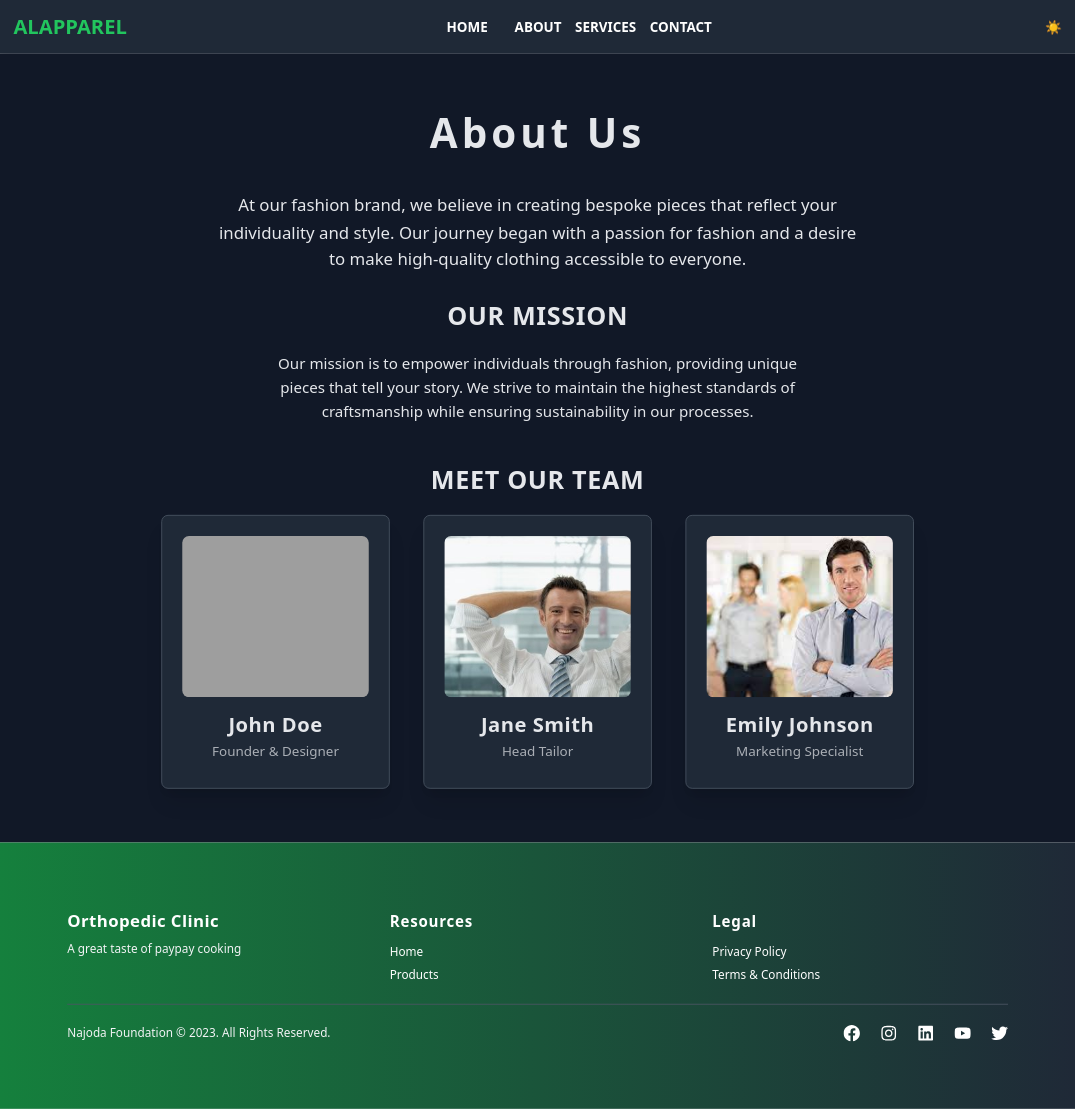
Repository: countaustin1990/file-C-Users-user-Documents-Final-20Cart
Page: /about (app in Documents/BXXXN/my-app/)
An editor plug-in stored every save of this project. The page is shown before and after the next save, followed by the edit.
The browser window is 1280 px wide. The pictures show the whole page, at 84% of full size.
Pictures or frames that could not be fetched are drawn as grey boxes. The project was rebuilt for these pictures with package versions that can differ from the ones it lists, and the page was loaded fresh each time. Also part of the build but not shown: Documents/BXXXN/my-app/vite.config.js, Documents/BXXXN/my-app/src/components/folder/HeroSection.test.jsx, Documents/BXXXN/my-app/src/components/horizontalscroll/style.css, Documents/BXXXN/my-app/src/components/horizontalscroll/HorizontalScroll.test.jsx, Documents/BXXXN/my-app/src/pages/home/Home.test.jsx, Documents/BXXXN/my-app/src/pages/contact/Contact.jsx, Documents/BXXXN/my-app/src/pages/services/Services.test.jsx.

Above is the page before, as saved 2024-11-01 09:56:43.

### Documents/BXXXN/my-app/src/App.jsx
import { BrowserRouter as Router, Routes, Route } from 'react-router-dom';
import Navbar from './components/navbar/Navbar';
import Home from './pages/home/Home.test';
import Footer from './components/footer/Footer.test';
import { useEffect, useState } from 'react';
import Contact from './pages/contact/Contact';
import About from './pages/about/About.test';
import Services from './pages/services/Services.test';

const App = () => {
  const [theme, setTheme] = useState('dark');

  // Toggle theme function
  const toggleTheme = () => {
    const newTheme = theme === 'light' ? 'dark' : 'light';
    setTheme(newTheme);
    localStorage.setItem('theme', newTheme);
  };

  useEffect(() => {
    const savedTheme = localStorage.getItem('theme');
    if (savedTheme) {
      setTheme(savedTheme);
    } else {
      setTheme('dark'); // Default to dark mode
    }
  }, []);

  return (
    <Router>
      <Navbar toggleTheme={toggleTheme} theme={theme} />
      <Routes>
        <Route path="/home" element={<Home theme={theme} />} /> {/* Pass theme prop to Home */}
        {/* Add more routes as needed */}
        <Route path="/about" element={<About theme={theme} />} />
        <Route path="/services" element={<Services theme={theme} />} />
        <Route path="/contact" element={<Contact theme={theme} />} />
      </Routes>
      <Footer />
    </Router>
  );
};

export default App;

### Documents/BXXXN/my-app/src/index.css
@tailwind base;
@tailwind components;
@tailwind utilities;

/* Global Styles */
.app {
  transition: background-color 0.3s ease-in-out;
}

/* Light and Dark Mode Styles */
.light-mode {
  background-color: #f0f0f0;
  color: #000;
}

.dark-mode {
  background-color: #1e1e1e;
  color: #fff;
}

/* Hero Section */
.hero {
  display: flex;
  justify-content: center;
  align-items: center;
  height: 70svh;
  text-align: center;
}

.hero-content h1 {
  font-size: 2.5rem;
  margin-bottom: 1rem;
}

.hero-content p {
  font-size: 1.2rem;
  margin-bottom: 1.5rem;
}

.cta-button {
  padding: 0.75rem 1.5rem;
  font-size: 1rem;
  background-color: rgb(22 163 74);

  color: white;
  border: none;
  cursor: pointer;
  border-radius: 5px;
}

.cta-button:hover {
  background-color: #22923c;
}

/* Toggle Switch Styles */
.switch {
  position: relative;
  display: inline-block;
  width: 60px;
  height: 34px;
  margin-top: 20px;
}

.switch input {
  opacity: 0;
  width: 0;
  height: 0;
}

.slider {
  position: absolute;
  cursor: pointer;
  top: 0;
  left: 0;
  right: 0;
  bottom: 0;
  background-color: #ccc;
  transition: 0.4s;
  border-radius: 34px;
}

.slider:before {
  position: absolute;
  content: "";
  height: 26px;
  width: 26px;
  border-radius: 50%;
  left: 4px;
  bottom: 4px;
  background-color: white;
  transition: 0.4s;
}

input:checked + .slider {
  background-color: #5494de;
}

input:checked + .slider:before {
  transform: translateX(26px);
}

/* Decoration (Additional Styling) */
.decoration {
  position: absolute;
  right: 10px;
  top: 5px;
  width: 8px;
  height: 8px;
  background-color: yellow;
  border-radius: 50%;
  box-shadow: 0 0 5px 2px yellow;
}

### Documents/BXXXN/my-app/src/components/navbar/Navbar.jsx
import PropTypes from 'prop-types';
import { useState } from 'react';
import { Link } from 'react-router-dom';

const Navbar = ({ theme, toggleTheme }) => {
  const [isMenuOpen, setIsMenuOpen] = useState(false);

  const handleMenuToggle = () => {
    setIsMenuOpen(!isMenuOpen);
  };

  // Function to handle link clicks
  const handleLinkClick = () => {
    setIsMenuOpen(false);
  };

  return (
    <nav className={`navbar shadow-lg ${theme === 'light' ? 'bg-white text-black' : 'bg-gray-800 text-white'} transition-colors duration-300`}>
      <div className="container mx-auto flex justify-between items-center p-4">
        {/* Website Name */}
        <h1 className="text-2xl font-bold uppercase text-green-500">ALapparel</h1>

        {/* Links for Desktop */}
        <ul className="hidden md:flex space-x-4 uppercase">
          <li><Link to="home" className="hover:underline font-semibold">Home</Link></li>
          <li><Link to="about" className="hover:underline font-semibold">About</Link></li>
          <li><Link to="services" className="hover:underline font-semibold">Services</Link></li>
          <li><Link to="contact" className="hover:underline font-semibold">Contact</Link></li>
        </ul>

        {/* Theme Toggle Button */}
        <button onClick={toggleTheme} className="ml-4 toggle-theme" aria-label={`Switch to ${theme === 'light' ? 'dark' : 'light'} mode`}>
          {theme === 'light' ? '🌙' : '☀️'}
        </button>

        {/* Mobile Menu Button */}
        <button
          onClick={handleMenuToggle}
          className="block md:hidden focus:outline-none ml-4"
          aria-label="Toggle menu"
        >
          {isMenuOpen ? '✖' : '☰'} {/* Menu icon changes when clicked */}
        </button>
      </div>

      {/* Links for Mobile */}
      {isMenuOpen && (
        <ul className={`md:hidden p-4 space-y-2 ${theme === 'light' ? 'bg-white text-green-500' : 'bg-gray-800 text-green-500'}`}>
          <li><Link to="home" className="block font-semibold" onClick={handleLinkClick}>Home</Link></li>
          <li><Link to="about" className="block font-semibold" onClick={handleLinkClick}>About</Link></li>
          <li><Link to="services" className="block font-semibold" onClick={handleLinkClick}>Services</Link></li>
          <li><Link to="contact" className="block font-semibold" onClick={handleLinkClick}>Contact</Link></li>
        </ul>
      )}
    </nav>
  );
};

Navbar.propTypes = {
  theme: PropTypes.string.isRequired,
  toggleTheme: PropTypes.func.isRequired,
};

export default Navbar;

### Documents/BXXXN/my-app/src/components/footer/Footer.test.jsx
import PropTypes from 'prop-types';
import { Link } from "react-router-dom";
import { FaYoutube, FaTwitter, FaInstagram, FaFacebook, FaLinkedin } from "react-icons/fa";

const Footer = ({ theme }) => {
  const scrollToTop = () => {
    window.scrollTo({
      top: 0,
      behavior: 'smooth',
    });
  };

  return (
    <footer className={`p-16 ${theme === 'light' ? 'bg-gray-100 text-gray-800' : 'bg-gradient-to-r from-green-700 to-gray-800 text-white'}`}>
      <div className="w-full max-w-full p-4">
        <div className="grid grid-cols-1 md:grid-cols-3 gap-8">
          <div>
            <Link to="/" className="flex items-center space-x-5" onClick={scrollToTop}>
              <span className="text-xl font-bold capitalize tracking-wide">
                Orthopedic Clinic
              </span>
            </Link>
            <p className={`mt-2 text-sm ${theme === 'light' ? 'text-gray-700' : 'text-gray-100'}`}>
              A great taste of paypay cooking
            </p>
          </div>

          <div>
            <h2 className="mb-3 text-lg font-semibold tracking-wider">
              Resources
            </h2>
            <ul className="space-y-2 text-sm">
              <li>
                <Link to="/" className="hover:text-gray-600 transition duration-300" onClick={scrollToTop}>Home</Link>
              </li>
              <li>
                <Link to="/products" className="hover:text-gray-600 transition duration-300" onClick={scrollToTop}>Products</Link>
              </li>
            </ul>
          </div>

          <div>
            <h2 className="mb-3 text-lg font-semibold tracking-wider">
              Legal
            </h2>
            <ul className="space-y-2 text-sm">
              <li>
                <Link to="/privacy-policy" className="hover:text-gray-600 transition duration-300">Privacy Policy</Link>
              </li>
              <li>
                <Link to="/terms-conditions" className="hover:text-gray-600 transition duration-300">Terms & Conditions</Link>
              </li>
            </ul>
          </div>
        </div>

        <hr className={`my-6 ${theme === 'light' ? 'border-gray-400' : 'border-gray-600'}`} />

        <div className="flex justify-between items-center">
          <span className={`text-sm ${theme === 'light' ? 'text-gray-600' : 'text-gray-100'}`}>
            Najoda Foundation © 2023. All Rights Reserved.
          </span>
          <div className="flex space-x-6">
            <a href="https://facebook.com" target="_blank" rel="noopener noreferrer" aria-label="Facebook" className={`text-xl ${theme === 'light' ? 'hover:text-blue-700' : 'hover:text-blue-600'}`}>
              <FaFacebook />
            </a>
            <a href="https://instagram.com" target="_blank" rel="noopener noreferrer" aria-label="Instagram" className={`text-xl ${theme === 'light' ? 'hover:text-pink-600' : 'hover:text-white'}`}>
              <FaInstagram />
            </a>
            <a href="https://linkedin.com" target="_blank" rel="noopener noreferrer" aria-label="LinkedIn" className={`text-xl ${theme === 'light' ? 'hover:text-blue-800' : 'hover:text-blue-700'}`}>
              <FaLinkedin />
            </a>
            <a href="https://youtube.com" target="_blank" rel="noopener noreferrer" aria-label="YouTube" className={`text-xl ${theme === 'light' ? 'hover:text-red-600' : 'hover:text-white'}`}>
              <FaYoutube />
            </a>
            <a href="https://twitter.com" target="_blank" rel="noopener noreferrer" aria-label="Twitter" className={`text-xl ${theme === 'light' ? 'hover:text-blue-500' : 'hover:text-white'}`}>
              <FaTwitter />
            </a>
          </div>
        </div>
      </div>
    </footer>
  );
};

Footer.propTypes = {
  theme: PropTypes.string.isRequired,
};

export default Footer;

### Documents/BXXXN/my-app/src/pages/about/About.test.jsx
import PropTypes from 'prop-types';
import TeamMember1 from '../../assets/TeamMember1.webp'; // Adjust paths based on your project structure
import TeamMember2 from '../../assets/teammember2.jpeg';
import TeamMember3 from '../../assets/TeamMember3.jpeg';

const About = ({ theme }) => {
  const teamMembers = [
    {
      name: 'John Doe',
      role: 'Founder & Designer',
      imageUrl: TeamMember1,
    },
    {
      name: 'Jane Smith',
      role: 'Head Tailor',
      imageUrl: TeamMember2,
    },
    {
      name: 'Emily Johnson',
      role: 'Marketing Specialist',
      imageUrl: TeamMember3,
    },
  ];

  return (
    <div
      className={`container-fluid h-full py-16 px-6 md:px-12 lg:px-24 xl:px-48 ${
        theme === 'light' ? 'bg-white text-gray-900' : 'bg-gray-900 text-gray-200'
      }`}
    >
      <h1 className="text-5xl font-bold text-center mb-10 tracking-widest leading-tight">
        About Us
      </h1>
      <p className="text-xl text-center mb-8 max-w-3xl mx-auto leading-relaxed">
        At our fashion brand, we believe in creating bespoke pieces that reflect your individuality and style. Our journey began with a passion for fashion and a desire to make high-quality clothing accessible to everyone.
      </p>
      <h2 className="text-3xl font-semibold mb-6 text-center uppercase tracking-wide">
        Our Mission
      </h2>
      <p className="text-lg text-center mb-12 max-w-2xl mx-auto leading-relaxed">
        Our mission is to empower individuals through fashion, providing unique pieces that tell your story. We strive to maintain the highest standards of craftsmanship while ensuring sustainability in our processes.
      </p>
      <h2 className="text-3xl font-semibold mb-6 text-center uppercase tracking-wide">
        Meet Our Team
      </h2>
      <div className="grid grid-cols-1 md:grid-cols-2 lg:grid-cols-3 gap-10">
        {teamMembers.map((member, index) => (
          <div
            key={index}
            className={`p-6 shadow-xl rounded-lg transition-transform transform hover:scale-105 ${
              theme === 'light'
                ? 'bg-gray-100 border border-gray-300 hover:bg-gray-800 hover:text-gray-100'
                : 'bg-gray-800 border border-gray-600 hover:bg-gray-100 hover:text-gray-800'
            }`}
          >
            <img
              src={member.imageUrl}
              alt={member.name}
              className="w-full h-48 object-cover rounded-lg mb-4 transition-all duration-300 hover:shadow-lg"
            />
            <h3 className="text-2xl font-bold mb-1 tracking-wide text-center">
              {member.name}
            </h3>
            <p className="text-md text-center mb-2 opacity-70">{member.role}</p>
          </div>
        ))}
      </div>
    </div>
  );
};

// PropTypes validation
About.propTypes = {
  theme: PropTypes.string.isRequired,
};

export default About;

### Documents/BXXXN/my-app/src/components/folder/style.css
/* style.css */
.app.dark-mode {
  background-color: #1a1a2e;
  color: #fff;
}

.app.light-mode {
  background-color: #f4f4f9;
  color: #333;
}

.hero-content h1 {
  font-size: 3rem;
}

.cta-button {
  padding: 0.5rem 2rem;
  background-color: #15983e;
  color: white;
  border: none;
  border-radius: 0.25rem;
  cursor: pointer;
}

.cta-button:hover {
  background-color: #157b3c;
}

/* Dark/Light Mode Toggle Styles */
.switch {
  position: relative;
  display: inline-block;
  width: 60px;
  height: 34px;
}

.switch input {
  opacity: 0;
  width: 0;
  height: 0;
}

.slider {
  position: absolute;
  top: 0;
  left: 0;
  right: 0;
  bottom: 0;
  background-color: #ccc;
  border-radius: 34px;
}

.slider:before {
  position: absolute;
  content: "";
  height: 26px;
  width: 26px;
  left: 4px;
  bottom: 4px;
  background-color: white;
  border-radius: 50%;
  transition: 0.4s;
}

input:checked + .slider {
  background-color: #2196F3;
}

input:checked + .slider:before {
  transform: translateX(26px);
}

/* Additional Styles */
.flex {
  display: flex;
}

.space-x-4 > *:not(:last-child) {
  margin-right: 1rem;
}

Loaded but not shown: Documents/BXXXN/my-app/index.html (common file); Documents/BXXXN/my-app/src/main.jsx (common file); Documents/BXXXN/my-app/tailwind.config.js (common file)

After the next save:
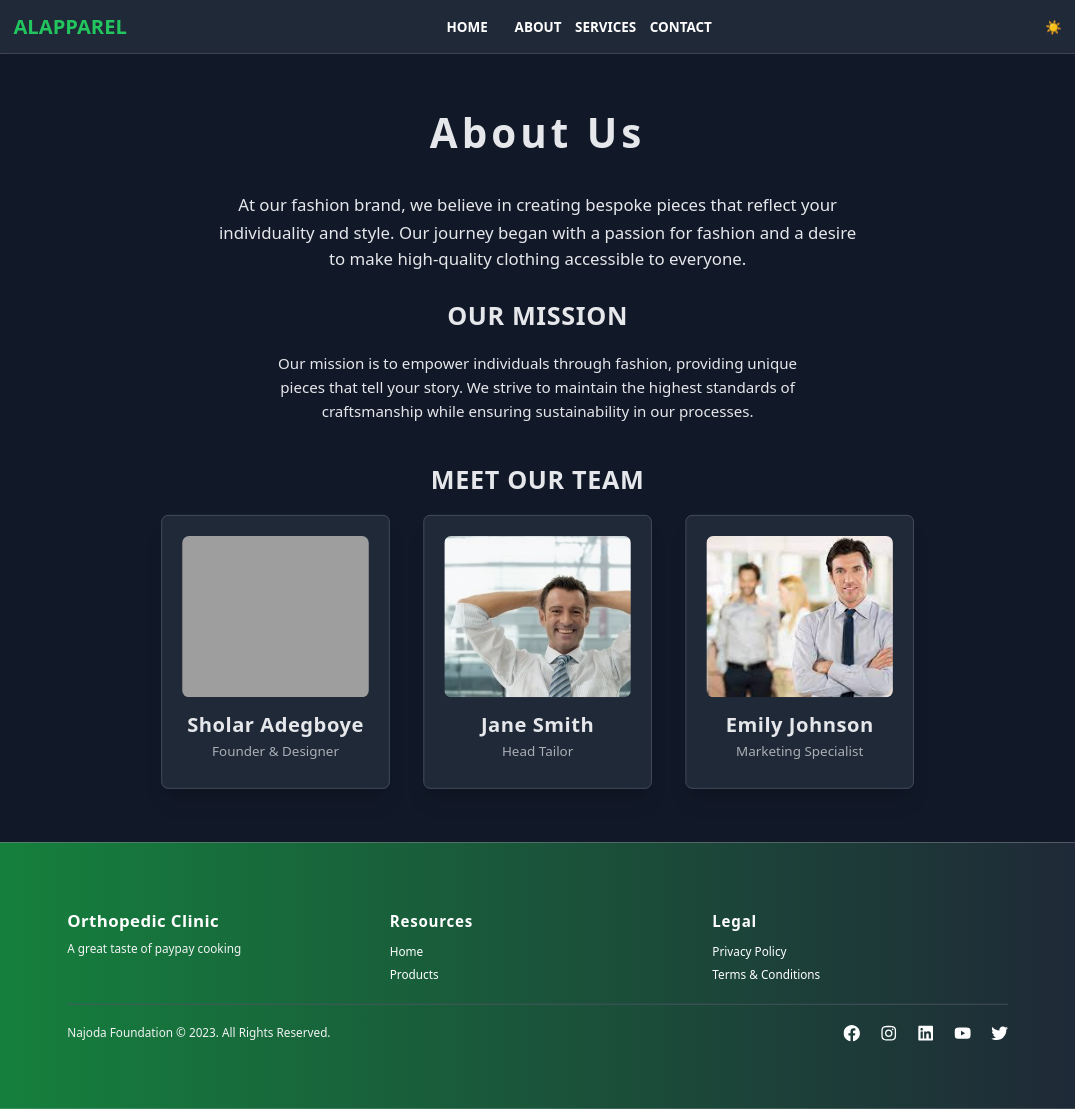
Saved 67 s later.
--- a/Documents/BXXXN/my-app/src/pages/about/About.test.jsx
+++ b/Documents/BXXXN/my-app/src/pages/about/About.test.jsx
@@ -6,7 +6,7 @@ import TeamMember3 from '../../assets/TeamMember3.jpeg';
 const About = ({ theme }) => {
   const teamMembers = [
     {
-      name: 'John Doe',
+      name: 'Sholar Adegboye',
       role: 'Founder & Designer',
       imageUrl: TeamMember1,
     },
